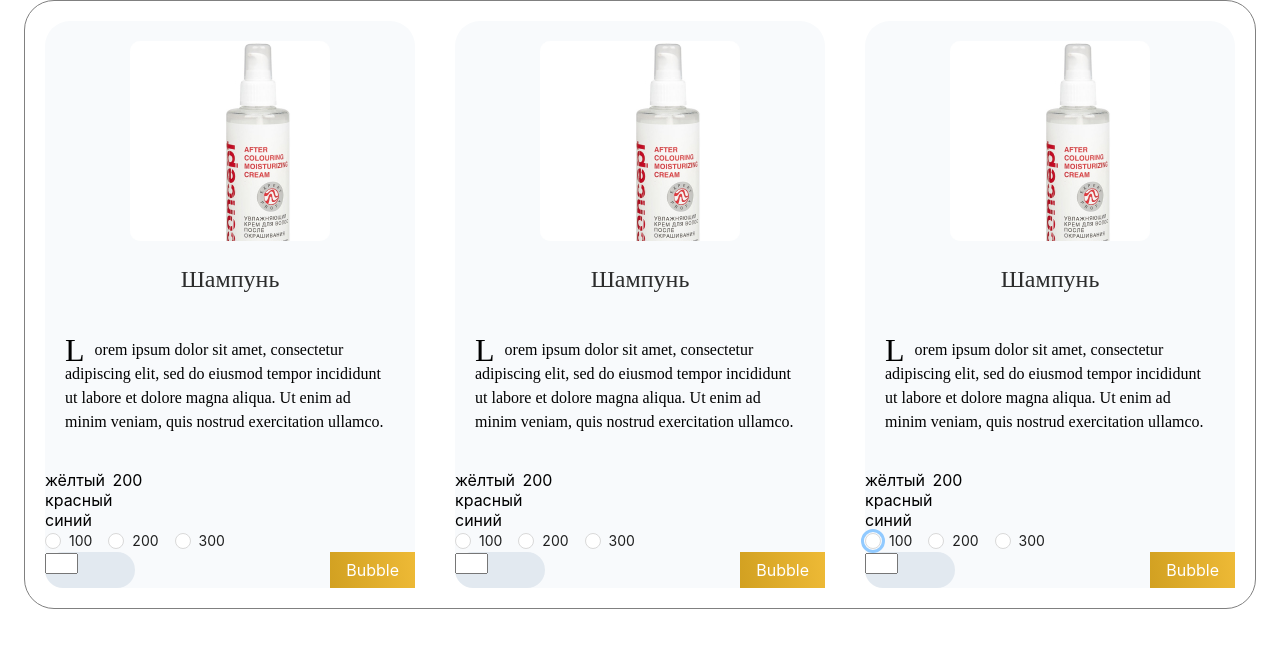
Repository: MiroslavWise/shamptu
Page: /
An editor plug-in stored every save of this project. The page is shown before and after the next save, followed by the edit.
The browser window is 1280 px wide. The pictures show the whole page.
The project was rebuilt for these pictures with package versions that can differ from the ones it lists, and the page was loaded fresh each time. Also part of the build but not shown: src/App.css.

Above is the page before, as saved 2022-02-17 13:36:29.

### public/index.html
<!DOCTYPE html>
<html lang="en">
  <head>
    <meta charset="utf-8" />
    <meta name="viewport" content="width=device-width, initial-scale=1" />
    <meta name="theme-color" content="#000000" />
    <meta
      name="description"
      content="Web site created using create-react-app"
    />
    <link rel="manifest" href="%PUBLIC_URL%/manifest.json" />

    <title>React App</title>
  </head>
  <body>
    <noscript>You need to enable JavaScript to run this app.</noscript>
    <div id="root"></div>
  </body>
</html>

### src/index.css
body {
  margin: 0;
  font-family: -apple-system, BlinkMacSystemFont, 'Segoe UI', 'Roboto', 'Oxygen',
    'Ubuntu', 'Cantarell', 'Fira Sans', 'Droid Sans', 'Helvetica Neue',
    sans-serif;
  -webkit-font-smoothing: antialiased;
  -moz-osx-font-smoothing: grayscale;
  display: flex;
  align-items: center;
  justify-content: center;
}

code {
  font-family: source-code-pro, Menlo, Monaco, Consolas, 'Courier New',
    monospace;
}

### src/App.js

import 'App.css';
import Items from 'components/Items';

function App() {
  return (
   <Items />
  );
}

export default App;

### src/components/Items.jsx
import jpg from 'picture/1.jpg'

import './style.css'
import SpamItem from './items/SpamItem'
const Items = () => {
    return (
        <div className="big__container">
            <SpamItem image={jpg}/>
            <SpamItem image={jpg}/>
            <SpamItem image={jpg}/>
        </div>
    )
}

export default Items

### src/components/style.css
.big__container {
    display: grid;
    grid-template-columns: repeat(3, 1fr);
    background: #FFFFFF;
    border-radius: 30px;
    border: 1px gray solid;
}

### src/components/items/SpamItem.jsx

import { useState } from 'react'
import './style.css'
import { Menu, Dropdown, Button, message, Space, Tooltip, Radio } from 'antd'
import { DownOutlined, UserOutlined } from '@ant-design/icons'

function handleButtonClick(e) {
    message.info('Click on left button.');
    console.log('click left button', e);
  }

  function handleMenuClick(e) {
    message.info('Click on menu item.');
    console.log('click', e);
  }

const ShamItem = ({image}) => {
    const [prise, setPrise] = useState(200)

    return (
        <div className="container">
            <div className='image-line'>
                <div className='image'>
                    <img src={image}/>
                </div>
            </div>
            <p className='text'>Шампунь</p>
            <p className='text_about'>Lorem ipsum dolor sit amet, consectetur adipiscing elit, sed do eiusmod tempor incididunt ut labore et dolore magna aliqua. Ut enim ad minim veniam, quis nostrud exercitation ullamco.</p>
            <div className='block-info'>
                <div className='col-pri'>
                    <div className='colors'>
                        <div className='tab-color'>
                            <div>жёлтый</div>
                            <div>красный</div>
                            <div>синий</div>
                        </div>

                    </div>
                    <div className='prise'>{prise}</div>
                </div>
                <div className='volume'></div>
                <Radio.Group name="radiogroup" defaultValue={1}>
                    <Radio value={100} autoFocus>100</Radio>
                    <Radio value={200}>200</Radio>
                    <Radio value={300}>300</Radio>
                </Radio.Group>
                <div className='footer'>
                    <div className='quantity'><input type={'number'} min={1}></input></div>
                    <div className='button'><button>Bubble</button></div>
                </div>
            </div>
        </div>

    )
}

export default ShamItem

### src/components/items/style.css
.container{
    width: 370px;
    margin: 20px;
    background: #F8FAFC;
    border-radius: 25px;
}

.image-line {
    width: 200px;
    height: 200px;
    background-color: rgba(255, 255, 255, 0.775);
    margin: 20px auto;
    border-radius: 10px;
    overflow: hidden;
}

.image {
    height: auto;
    width: auto;
    position: relative;
    transition: all .4s ease-in-out;
    object-fit: cover;
}

.image:hover {
    cursor: pointer;
    transform: scale(1.4)
}

.text{
    font-family: 'SF UI Display';
    font-size: 24px;
    font-style: normal;
    font-weight: 500;
    line-height: 29px;
    letter-spacing: 0em;
    text-align: center;
    color: #2C2C2C;
}

.text_about {
    font-family: 'SF UI Display';
    font-size: 16px;
    font-style: normal;
    font-weight: 400;
    line-height: 24px;
    letter-spacing: 0em;
    text-align: left;
    padding: 20px;
}
.text_about::first-letter{
    font-size: 2rem;
    float: left;
    margin-right: 10px;
}

.block-info{
    display: flex;
    flex-direction: column;
}

.col-pri{
    display: flex;
}

input {
    width: 25px;

}

.quantity{
    background: #E2E9F0;
    border-radius: 30px;
    width: 90px;
}

.footer{
    display: flex;
    flex-direction: row;
    justify-content: space-between;
}

input::-webkit-outer-spin-button,
input::-webkit-inner-spin-button {
    -webkit-appearance: none;
}

button {
    z-index: 1;
    position: relative;
    font-size: inherit;
    font-family: inherit;
    color: white;
    padding: 0.5em 1em;
    outline: none;
    border: none;
    background: linear-gradient(261.65deg, #EFBB37 -3.95%, #CF9E1F 109.44%);
    overflow: hidden;
    transition: color 0.4s ease-in-out;
  }

  button::before {
    content: '';
    z-index: -1;
    position: absolute;
    top: 50%;
    left: 50%;
    width: 1em;
    height: 1em;
    border-radius: 50%;
    background-color: #3cefff;
    transform-origin: center;
    transform: translate3d(-50%, -50%, 0) scale3d(0, 0, 0);
    transition: transform 0.45s ease-in-out;
  }

  button:hover {
    cursor: pointer;
    color: #161616;
  }

  button:hover::before {
    transform: translate3d(-50%, -50%, 0) scale3d(15, 15, 15);
  }

Loaded but not shown: src/index.js (common file); src/reportWebVitals.js (common file)

After the next save:
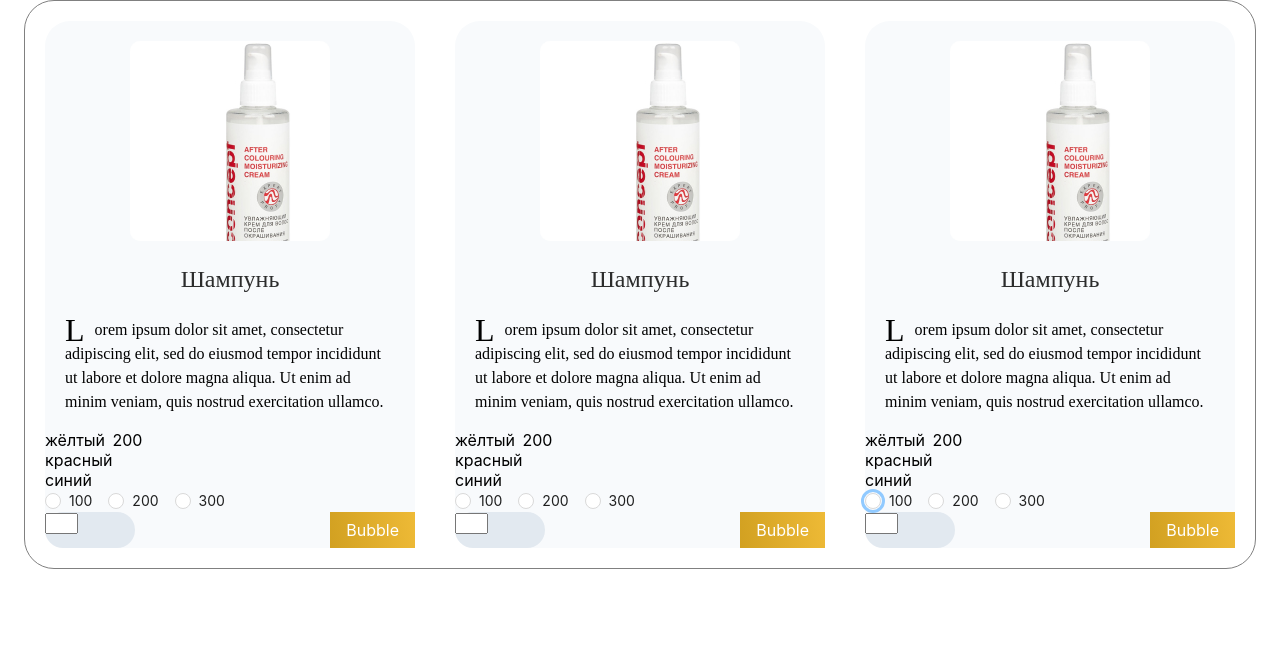
Saved 11 s later.
--- a/src/components/items/style.css
+++ b/src/components/items/style.css
@@ -46,7 +46,7 @@
     line-height: 24px;
     letter-spacing: 0em;
     text-align: left;
-    padding: 20px;
+    padding: 0 20px 0 20px;
 }
 .text_about::first-letter{
     font-size: 2rem;
